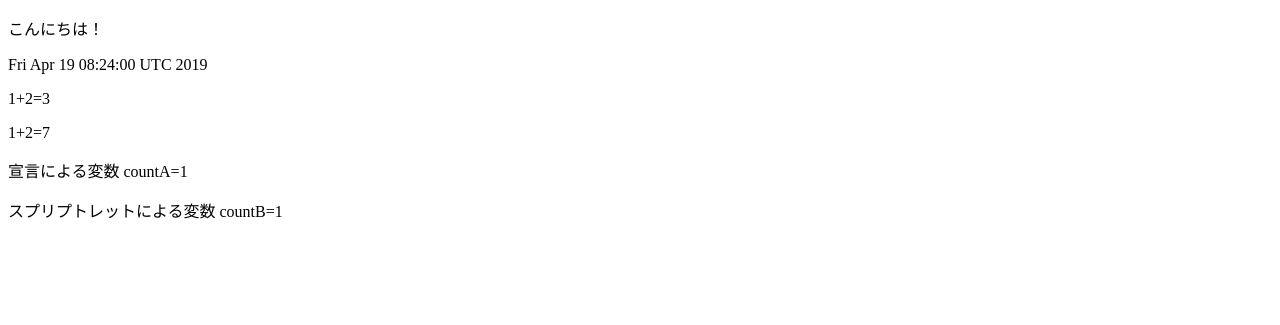
Repository: emiK1229/test
Page: http://localhost/HelloJSP/
The author's editor kept a copy of each file at every save. The page is drawn from the files as they stood at one save, then again after the next save.
The browser window is 1280 px wide. The pictures show the whole page.
The page is served by Tomcat 9.

Above is the page before, as saved 2019-04-19 08:47:38.

After the next save:
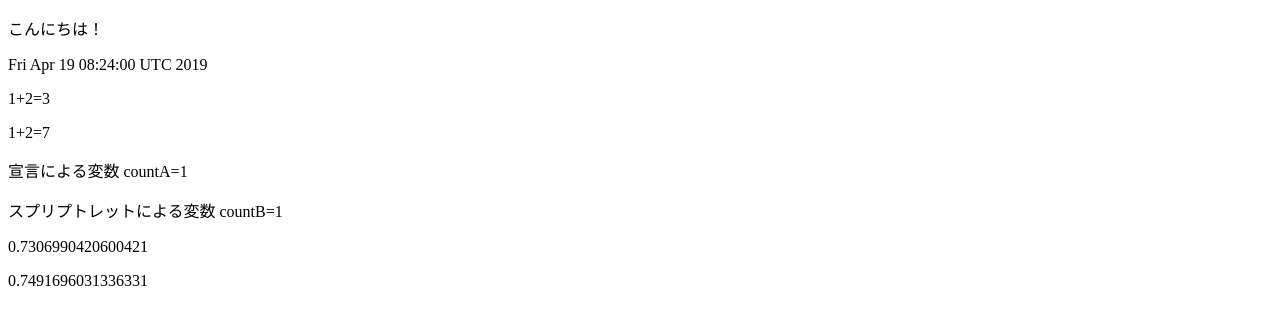
Saved 2 days later.
--- a/HelloJSP/WebContent/index.jsp
+++ b/HelloJSP/WebContent/index.jsp
@@ -26,5 +26,8 @@ countB++;
 
 <p>宣言による変数 countA=<%=countA %></p>
 <p>スプリプトレットによる変数 countB=<%=countB %></p>
+
+<p><% out.println(Math.random()); %></p>
+<p><%=Math.random() %></p>
 </body>
 </html>
